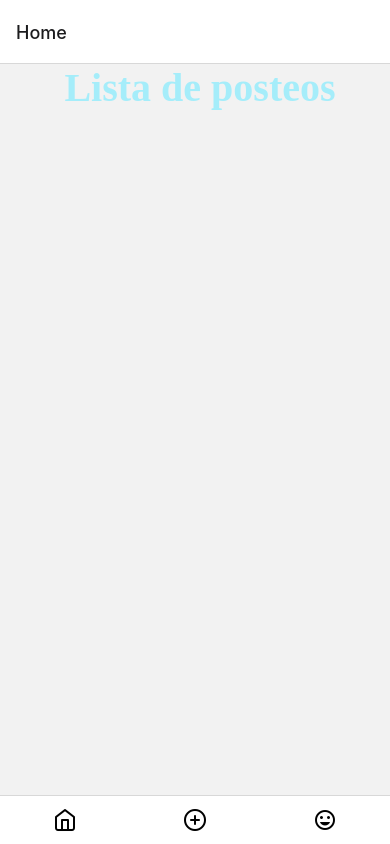
Repository: larafernandezo/finalprog3
Screen: /Menu
An editor plug-in stored every save of this project. The screen is shown before and after the next save, followed by the edit.
The page's requests for data from a server got no answer. The app was drawn by React Native's web renderer in a window 390 px wide. The project was rebuilt for these pictures with package versions that can differ from the ones it lists, and the page was loaded fresh each time. No one was signed in, and anything a server would have sent is missing. Also part of the build but not shown: src/components/Camera.js, src/screens/Registro.js, src/components/Post.js, src/screens/MiPerfil.js, src/screens/NuevoPost.js, src/screens/Perfil.js.

Above is the screen before, as saved 2022-11-22 11:32:16.

After the next save:
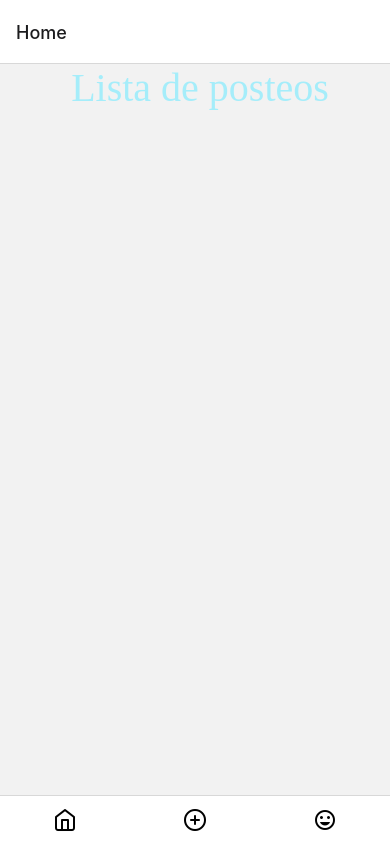
Saved 40 s later.
--- a/src/screens/Home.js
+++ b/src/screens/Home.js
@@ -47,7 +47,7 @@
 
    title:{
         fontSize: 40,
-        fontWeight:'bold',
+        fontWeight:'strong',
         textAlign:'center',
         fontFamily: 'raleway heavy',
         color: '#a5edfa'

After the save that followed:
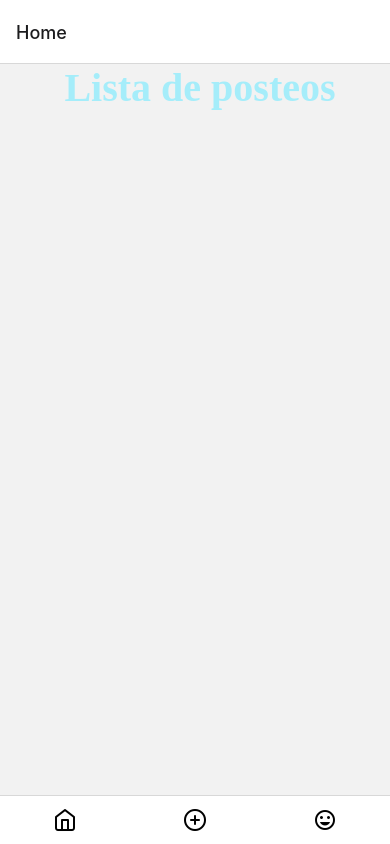
Saved 18 s later.
--- a/src/screens/Home.js
+++ b/src/screens/Home.js
@@ -47,7 +47,7 @@
 
    title:{
         fontSize: 40,
-        fontWeight:'strong',
+        fontWeight:'bold',
         textAlign:'center',
         fontFamily: 'raleway heavy',
         color: '#a5edfa'
